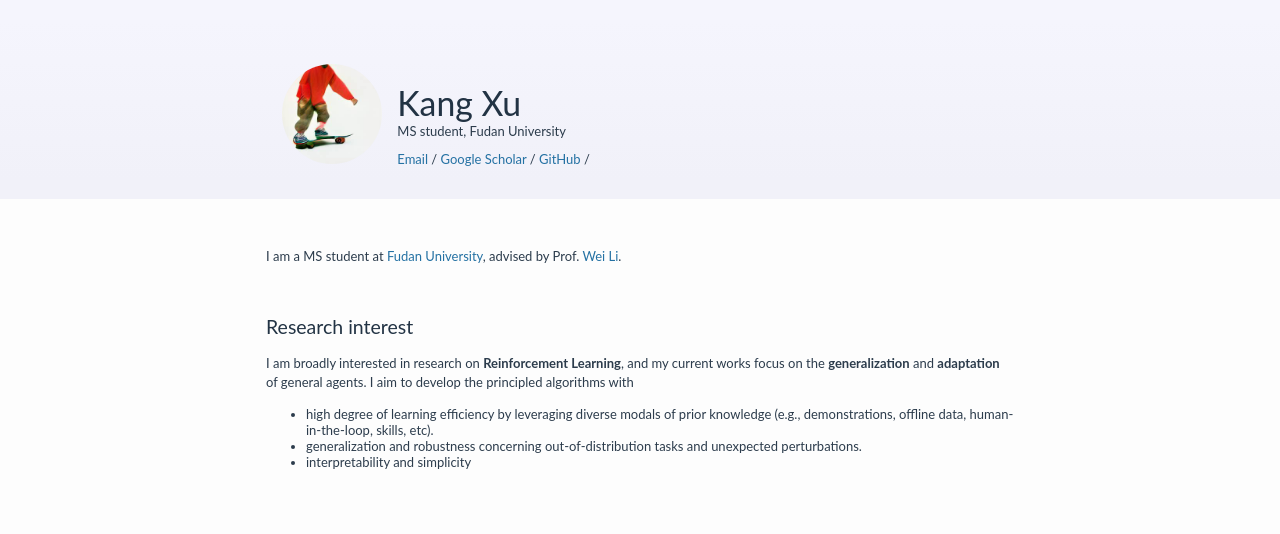
Repository: Kavka1/kang-xu.github.io
Page: index.html
These files come from the project's save history. The page is drawn as it stood at one moment and after the next save; the edit follows.
The browser window is 1280 px wide. The pictures show the whole page.

Above is the page before, as saved 2023-05-19 12:01:59.

After the next save:
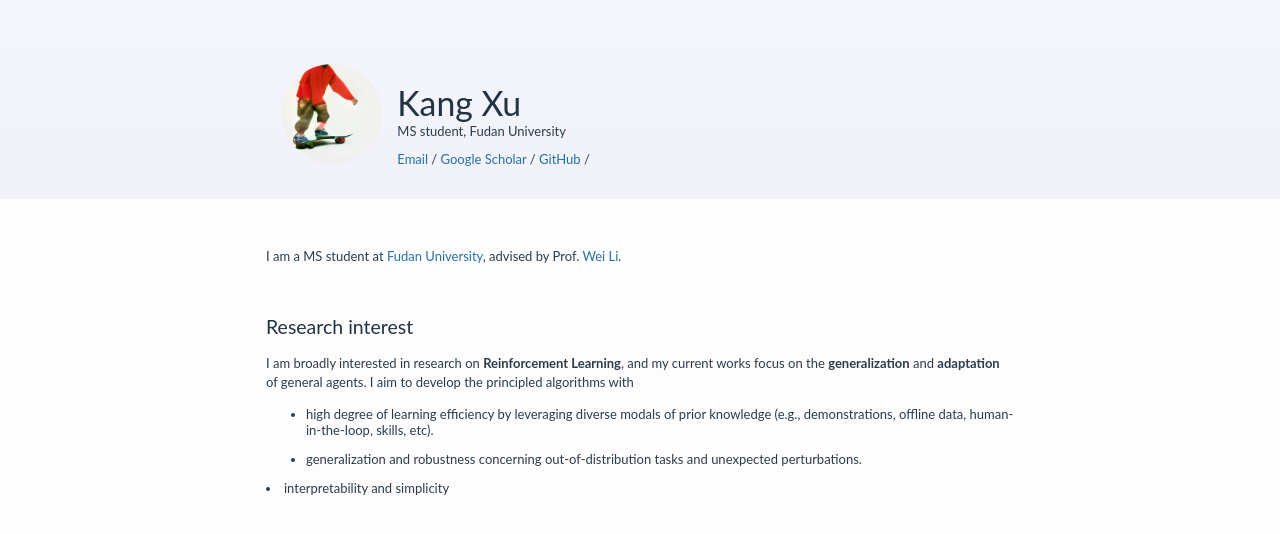
Saved 48 s later.
--- a/index.html
+++ b/index.html
@@ -58,9 +58,12 @@
                 <li>
                     high degree of learning efficiency by leveraging diverse modals of prior knowledge (e.g., demonstrations, offline data, human-in-the-loop, skills, etc).
                 </li>
+            </ul>
+            <ul>
                 <li>
                     generalization and robustness concerning out-of-distribution tasks and unexpected perturbations.
                 </li>
+            </ul>
                 <li>
                     interpretability and simplicity
                 </li>
